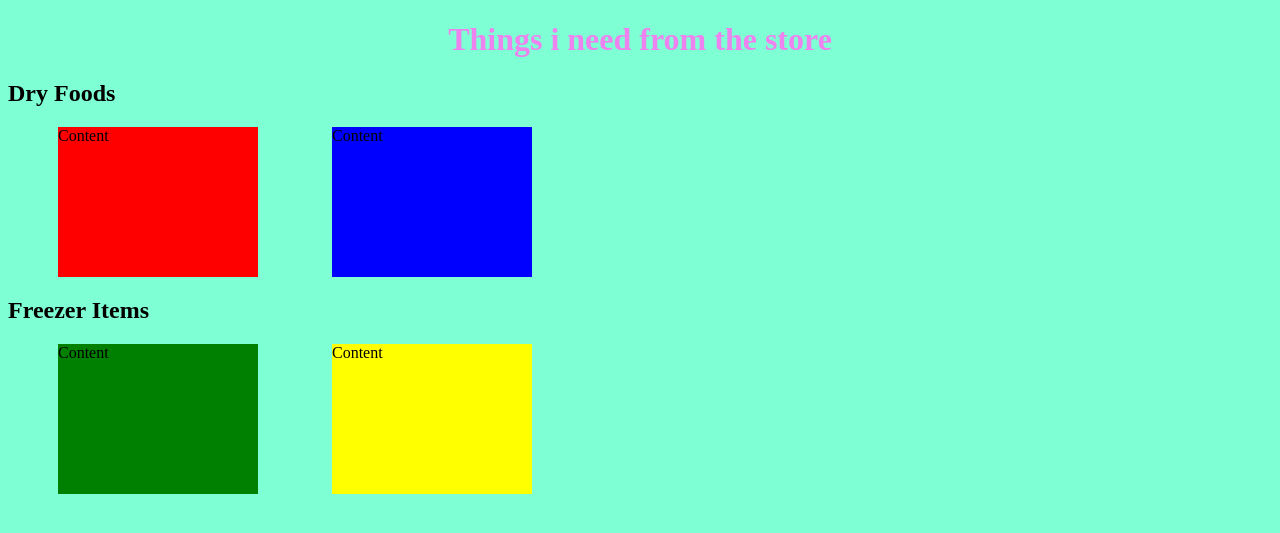
Repository: TheTroyPhillips/Block14
Page: Coursework/Block06/index.html
The author's editor kept a copy of each file at every save. The page is drawn from the files as they stood at one save, then again after a run of saves.
The browser window is 1280 px wide. The pictures show the whole page.

Above is the page before, as saved 2023-08-29 17:32:45.

### Coursework/Block06/index.html
<!DOCTYPE html>
<html lang="en">
<head>
    <meta charset="UTF-8">
    <meta name="viewport" content="width=device-width, initial-scale=1.0">
    <title>Troy's Grocery List</title>
    <link rel="stylesheet" href="styles.css">
    <style>
        h1{
            color: violet;
            text-align: center;
        }
    </style>
</head>
<body style="background-color: aquamarine;">
    <h1> Things i need from the store</h1>
    <h2> Dry Foods</h2>
      <div class="Box Red"> Content </div>
      <div class="Box Blue"> Content </div>
    <h2> Freezer Items</h2>
      <div class="Box Green"> Content </div>
      <div class="Box Yellow"> Content </div>




</body>
</html>

### Coursework/Block06/styles.css
h2 {
    margin-top: ;
}
.Box{
    width: 200px;
    height:150px;
    color: black;
    display: inline-block;
    margin-right: 20px;
    margin-left: 50px;
}
.Red{
    background-color: red;
}
.Blue{
    background-color: blue;
}
.Green{
    background-color: green;
}
.Yellow{
    background-color: yellow;
}

After the next 3 saves:
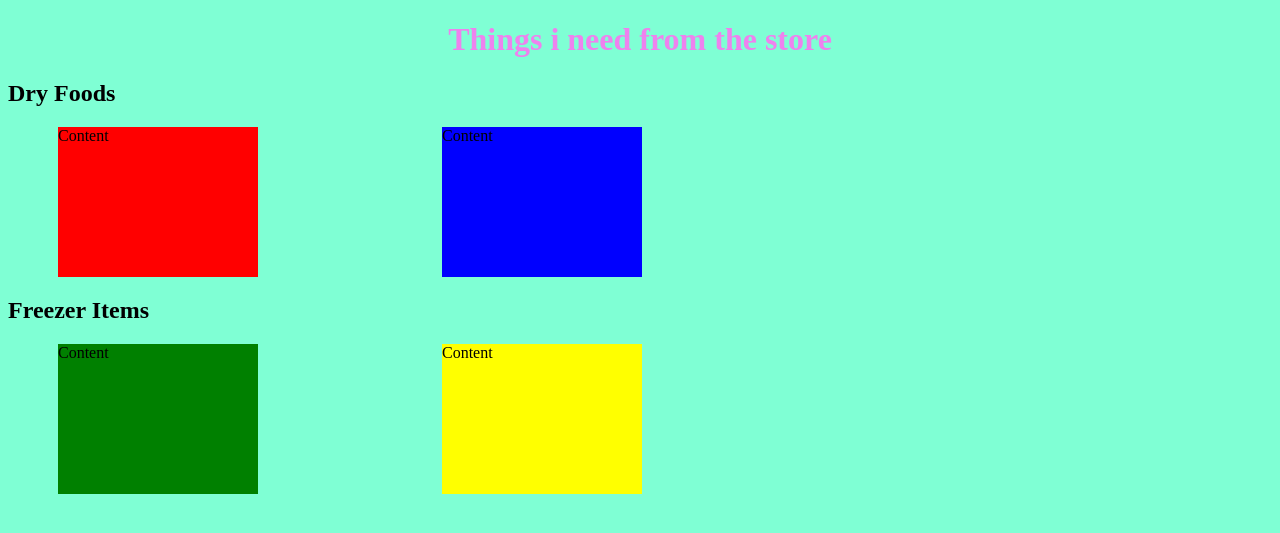
The 3 saves are shown as one change because they came seconds apart.
The last was saved 8 s later.
--- a/Coursework/Block06/styles.css
+++ b/Coursework/Block06/styles.css
@@ -6,7 +6,7 @@ h2 {
     height:150px;
     color: black;
     display: inline-block;
-    margin-right: 20px;
+    margin-right: 130px;
     margin-left: 50px;
 }
 .Red{
